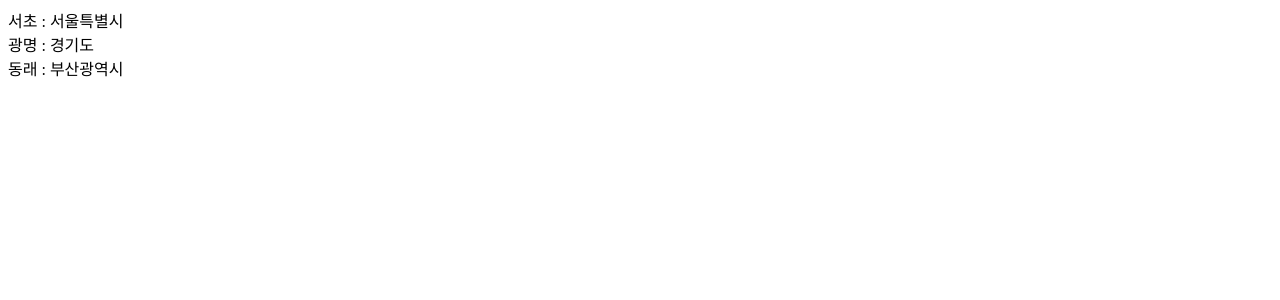
Repository: dhfkdlxm/Lecture-Web
Page: Lecture-Web/WebContent/javascript/array/exam04.html
The author's editor kept a copy of each file at every save. The page is drawn from the files as they stood at one save, then again after the next save.
The browser window is 1280 px wide. The pictures show the whole page.

Above is the page before, as saved 2021-06-15 04:14:35.

After the next save:
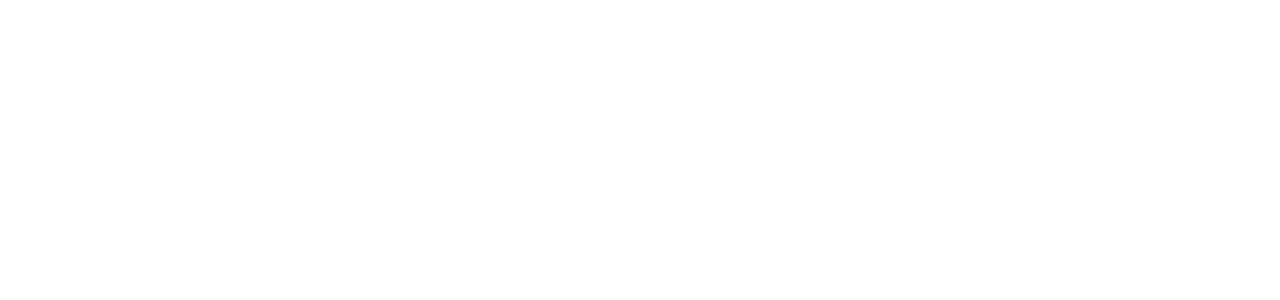
Console error: SyntaxError: missing ) after argument list
Saved 80 s later.
--- a/Lecture-Web/WebContent/javascript/array/exam04.html
+++ b/Lecture-Web/WebContent/javascript/array/exam04.html
@@ -16,6 +16,8 @@
 	for(let i in state){
 		document.write(i + ' : ' + state[i]+ '<br>')
 	}
+	document.write('<hr>'')
+
 
 
 </script>

After the save that followed:
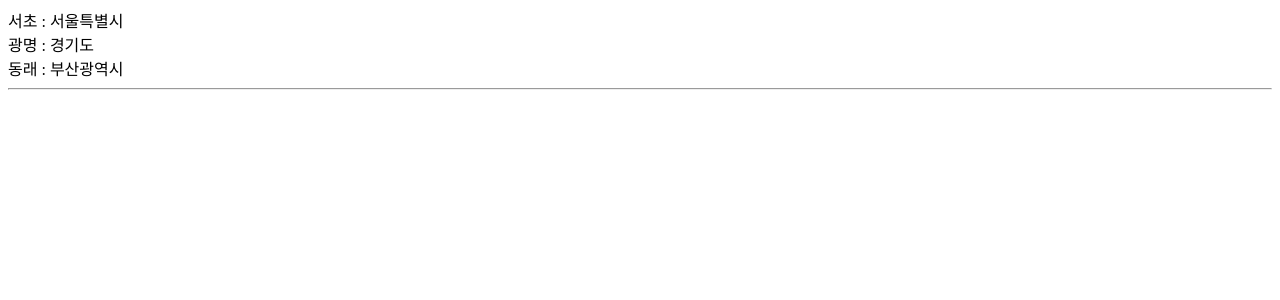
The error is gone.
Saved 6 s later.
--- a/Lecture-Web/WebContent/javascript/array/exam04.html
+++ b/Lecture-Web/WebContent/javascript/array/exam04.html
@@ -16,7 +16,7 @@
 	for(let i in state){
 		document.write(i + ' : ' + state[i]+ '<br>')
 	}
-	document.write('<hr>'')
+	document.write('<hr>')
 
 
 
